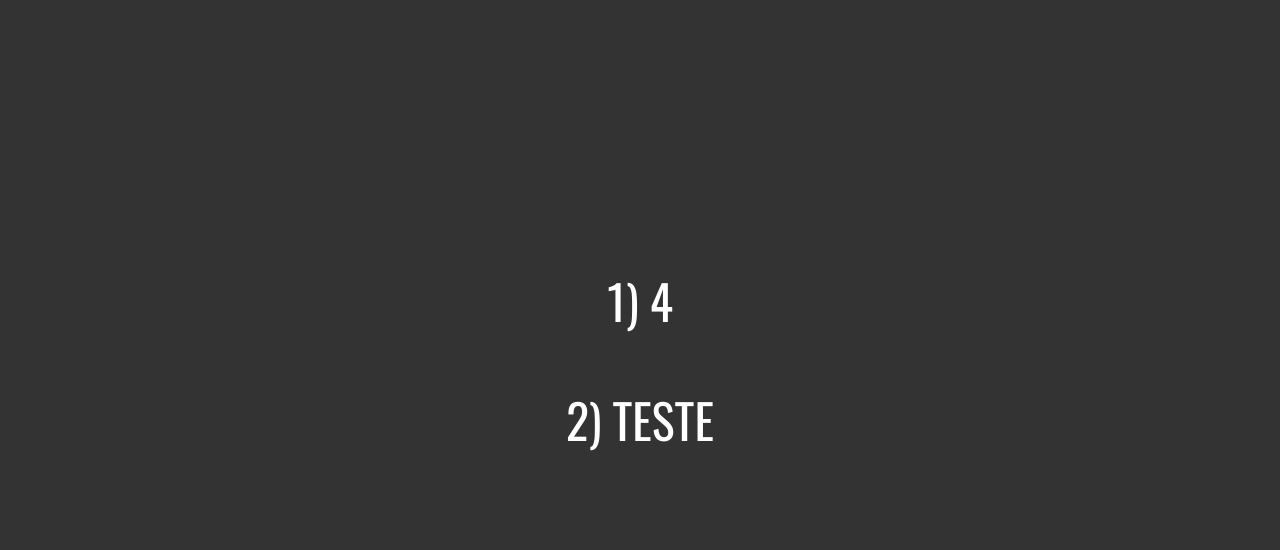
Repository: WillianPer/VUE
Page: exercicios/basico.html
An editor plug-in stored every save of this project. The page is shown before and after the next save, followed by the edit.
The browser window is 1280 px wide. The pictures show the whole page.

Above is the page before, as saved 2022-08-11 20:34:40.

After the next save:
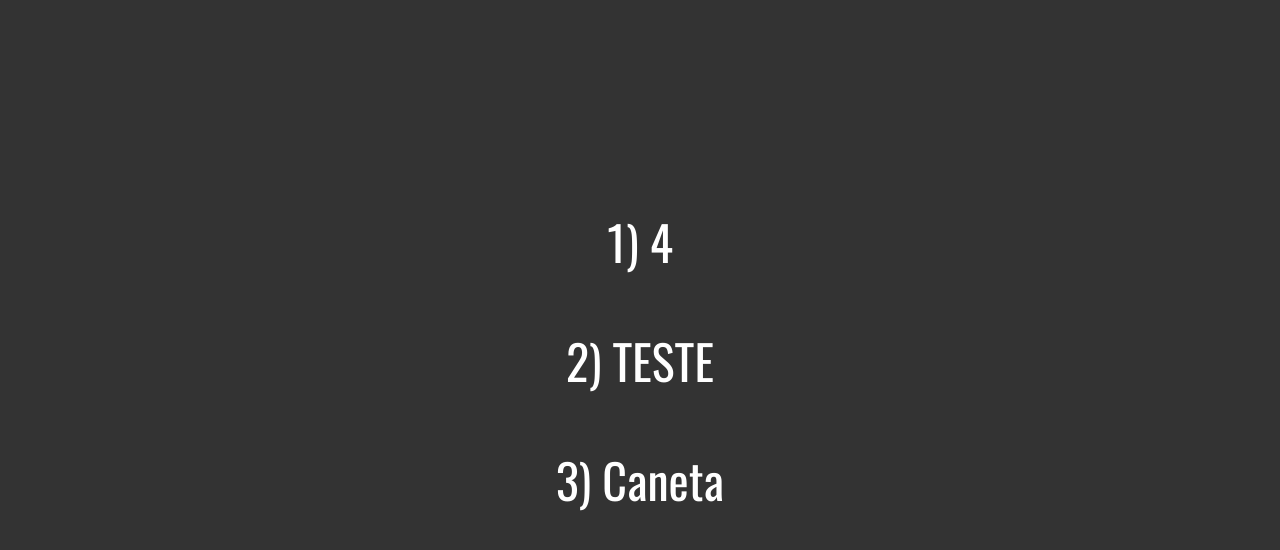
Saved 2 min 5 s later.
--- a/exercicios/basico.html
+++ b/exercicios/basico.html
@@ -11,13 +11,16 @@
     <div id="app">
         <p>1) {{2 + 2}}</p>
         <p>2) {{ 'Teste'.toUpperCase() }}</p>
+        <p>3) {{nome, preco, desconto}}</p>
     </div>
 
     <script>
         new Vue({
             el: "#app",
             data: {
-                nome: 'Caneta'
+                nome: 'Caneta',
+                preco: 6.89,
+                desconto: 0.15
             }
         })
     </script>
